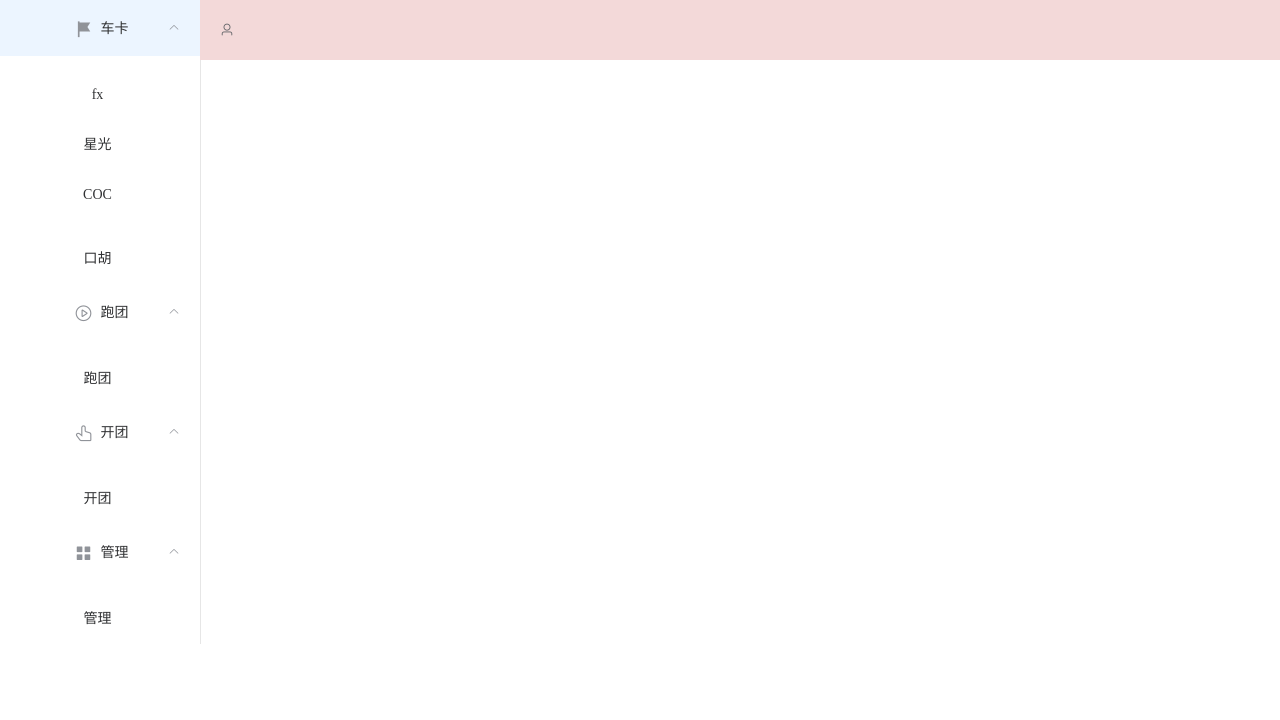
Repository: redlout/ptgkd
Page: /
An editor plug-in stored every save of this project. The page is shown before and after the next save, followed by the edit.
The browser window is 1280 px wide. The pictures show the whole page.
The project was rebuilt for these pictures with package versions that can differ from the ones it lists, and the page was loaded fresh each time. Also part of the build but not shown: src/mock/mock.js, src/views/Login.vue, src/components/SvgIcon/index.vue.

Above is the page before, as saved 2019-09-02 17:05:57.

After the next save:
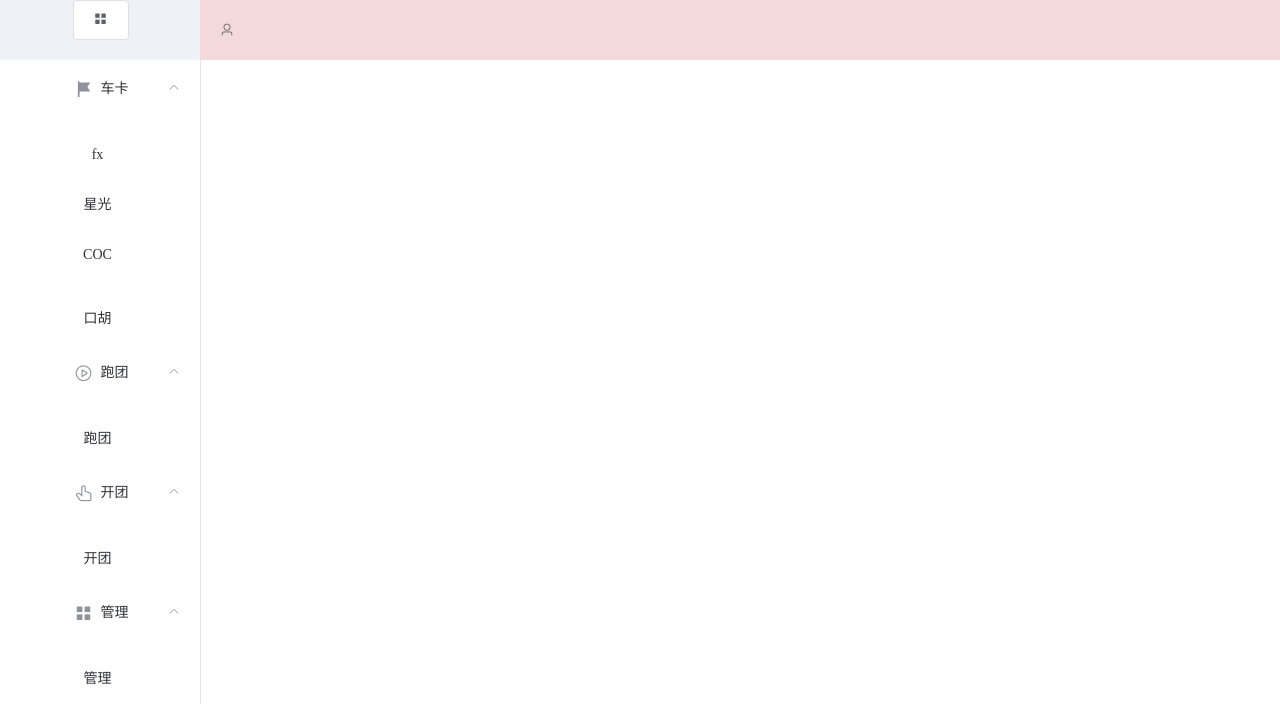
Saved 7 s later.
--- a/src/components/AsideBar/index.vue
+++ b/src/components/AsideBar/index.vue
@@ -1,5 +1,10 @@
 <template>
   <el-aside width="initial" style="background-color: rgb(238, 241, 246) ">
+        <el-radio-group v-model="isCollapse" style="margin-bottom:20px;">
+      <el-radio-button :label="collapse">
+        <i class="el-icon-menu"></i>
+      </el-radio-button>
+    </el-radio-group>
     <el-menu
       :default-openeds="['1','2','3','4']"
       class="el-menu-vertical-demo"
